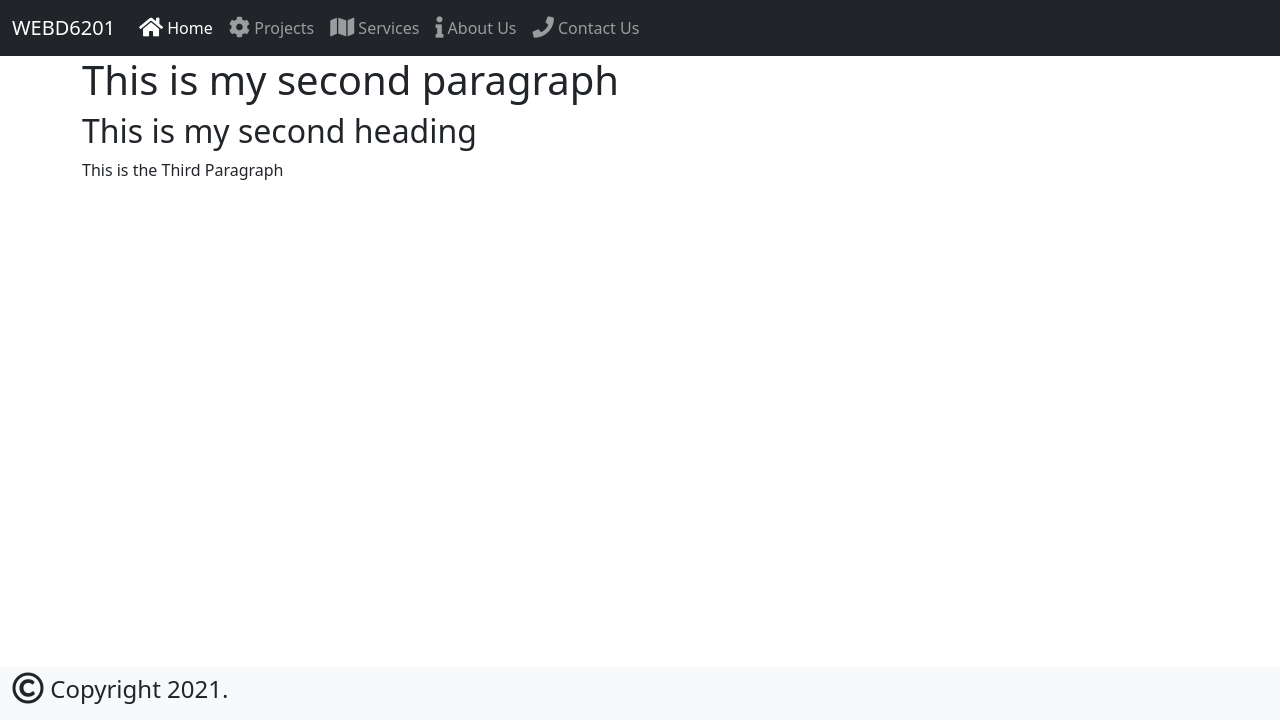
Repository: Sub4Sub/Lab_1
Page: index.html
An editor plug-in stored every save of this project. The page is shown before and after the next save, followed by the edit.
The browser window is 1280 px wide. The pictures show the whole page.

Above is the page before, as saved 2021-02-03 18:26:37.

### index.html
<!DOCTYPE html>
<html lang="en">
<head>
    <meta charset="UTF-8">
    <meta name="viewport" content="width=device-width, initial-scale=1.0">
    <title>Home</title>
    <!-- CSS Section -->
    <link rel="stylesheet" href="./node_modules/bootstrap/dist/css/bootstrap.min.css">
    <link rel="stylesheet" href="./node_modules/@fortawesome/fontawesome-free/css/all.min.css">
    <link rel="stylesheet" href="./Content/app.css">
</head>
<body>
    <!-- Main Header -->
    <header>
        <!-- Main Navigation -->
        <nav class="navbar navbar-expand-lg navbar-dark bg-dark">
            <div class="container-fluid">
              <a class="navbar-brand" href="index.html">WEBD6201</a>
              <button class="navbar-toggler" type="button" data-bs-toggle="collapse" data-bs-target="#navbarSupportedContent" aria-controls="navbarSupportedContent" aria-expanded="false" aria-label="Toggle navigation">
                <span class="navbar-toggler-icon"></span>
              </button>
              <div class="collapse navbar-collapse" id="navbarSupportedContent">
                <ul class="navbar-nav me-auto mb-2 mb-lg-0">
                  <li class="nav-item">
                    <a class="nav-link active" aria-current="page" href="index.html"><i class="fas fa-home fa-lg"></i> Home</a>
                  </li>

                  <li class="nav-item">
                    <a class="nav-link" aria-current="page" href="projects.html"><i class="fas fa-cog fa-lg"></i> Projects</a>
                  </li>

                  <li class="nav-item">
                    <a class="nav-link" aria-current="page" href="services.html"><i class="fas fa-map fa-lg"></i> Services</a>
                  </li>

                  <li class="nav-item">
                    <a class="nav-link" aria-current="page" href="about.html"><i class="fas fa-info fa-lg"></i> About Us</a>
                  </li>

                  <li class="nav-item">
                    <a class="nav-link" aria-current="page" href="contact.html"><i class="fas fa-phone fa-lg"></i> Contact Us</a>
                  </li>
                </ul>
              </div>
            </div>
          </nav>
    </header>

    <!-- Main Content -->
    <main class="container">
    </main>

    <!-- Main Footer -->
    <footer>
        <nav class="navbar fixed-bottom navbar-light bg-light">
            <div class="container-fluid">
              <h4><i class="far fa-copyright fa-lg"></i> Copyright 2021.</h4>
            </div>
          </nav>
    </footer>

    <!-- Script Section-->
    <script src="./node_modules/jquery/dist/jquery.min.js"></script>
    <script src="./node_modules/bootstrap/dist/js/bootstrap.bundle.min.js"></script>
    <script src="./Scripts/app.js"></script>
</body>
</html>

### Scripts/app.js

"use strict";


(function()
{

    function displayHome()
    {
        /*
        let paragraphOneText =
          "This is a simple site to demonstrate DOM Manipulation for ICE 1";

          let paragraphOneElement = document.getElementById("paragraphOne");

        paragraphOneElement.textContent = paragraphOneText;
        paragraphOneElement.className = "fs-5";
*/
        let indexHeading = document.createElement("h1");

        indexHeading.setAttribute("id", "indexHeading");
        indexHeading.textContent = "This is my second paragraph";
        //indexHeading.className = "fs-4 fw-bold";

        let mainContent = document.querySelector("main");
        mainContent.appendChild(indexHeading);

        let newDivTag = document.createElement("div");
        newDivTag.innerHTML =
        `<h2>This is my second heading</h2>
        <p id="paragraphThree"> This is the Third Paragraph </p>`;

        mainContent.append(newDivTag);
    }

    function Start()
    {
        console.log("App Started...");

        switch (document.title)
        {
          case "Home":
              displayHome();
            break;
          case "About":
              displayAbout();
            break;
          case "Projects":
              displayProjects();
            break;
          case "Services":
              displayServices();
            break;
          case "Contact":
              displayContact();
            break;
        }

    }

    window.addEventListener("load", Start);

})();

Loaded but not shown: node_modules/bootstrap/dist/css/bootstrap.min.css (library); node_modules/@fortawesome/fontawesome-free/css/all.min.css (library); node_modules/jquery/dist/jquery.min.js (library); node_modules/bootstrap/dist/js/bootstrap.bundle.min.js (library); Content/app.css (no stored copy; drawn as an empty file)

After the next save:
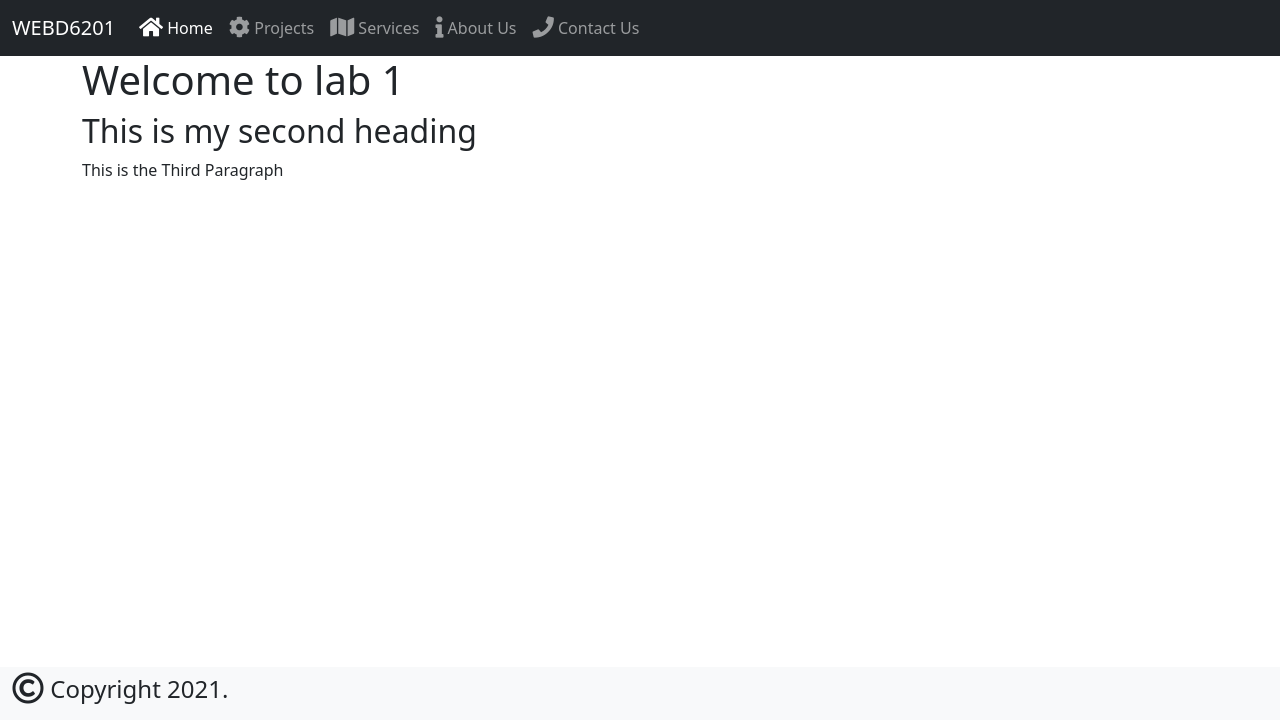
Saved 16 s later.
--- a/Scripts/app.js
+++ b/Scripts/app.js
@@ -19,7 +19,7 @@
         let indexHeading = document.createElement("h1");
 
         indexHeading.setAttribute("id", "indexHeading");
-        indexHeading.textContent = "This is my second paragraph";
+        indexHeading.textContent = "Welcome to lab 1";
         //indexHeading.className = "fs-4 fw-bold";
 
         let mainContent = document.querySelector("main");
